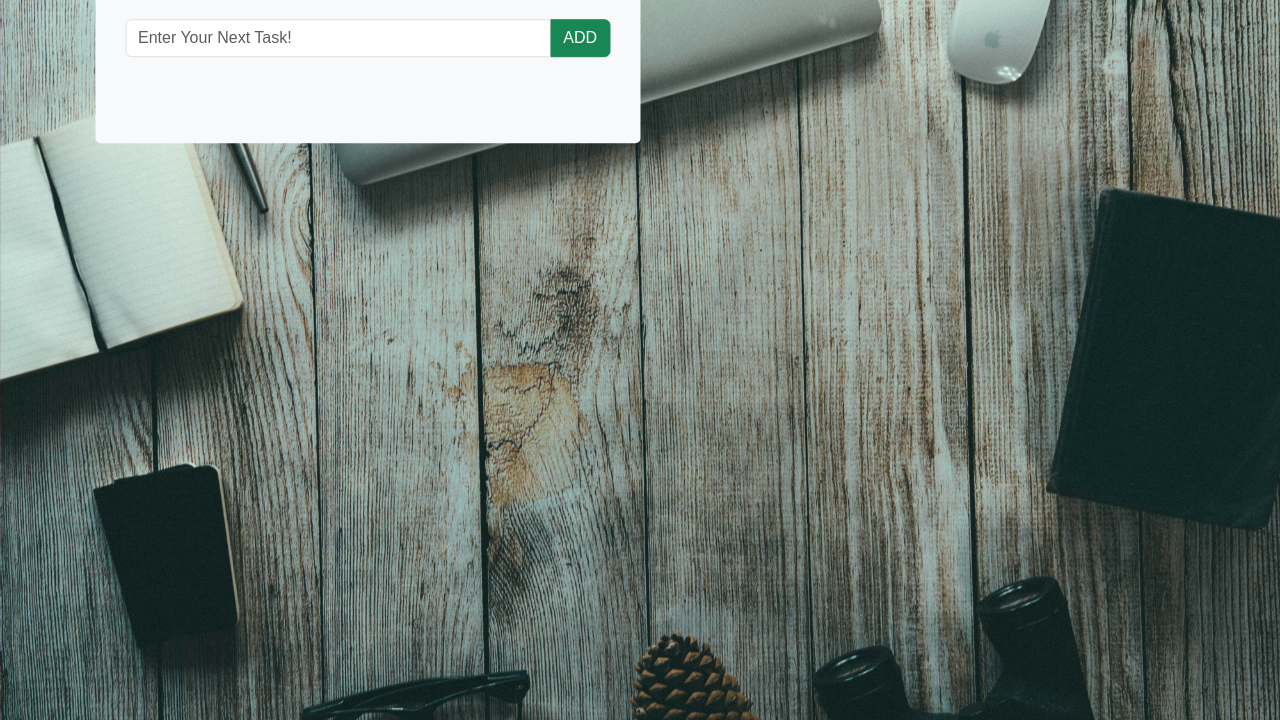
Repository: zeinawady/To_Do_List
Page: index.html
An editor plug-in stored every save of this project. The page is shown before and after the next save, followed by the edit.
The browser window is 1280 px wide. The pictures show the whole page.
Some web libraries are served in a nearby version.

Above is the page before, as saved 2024-10-02 02:50:13.

After the next save:
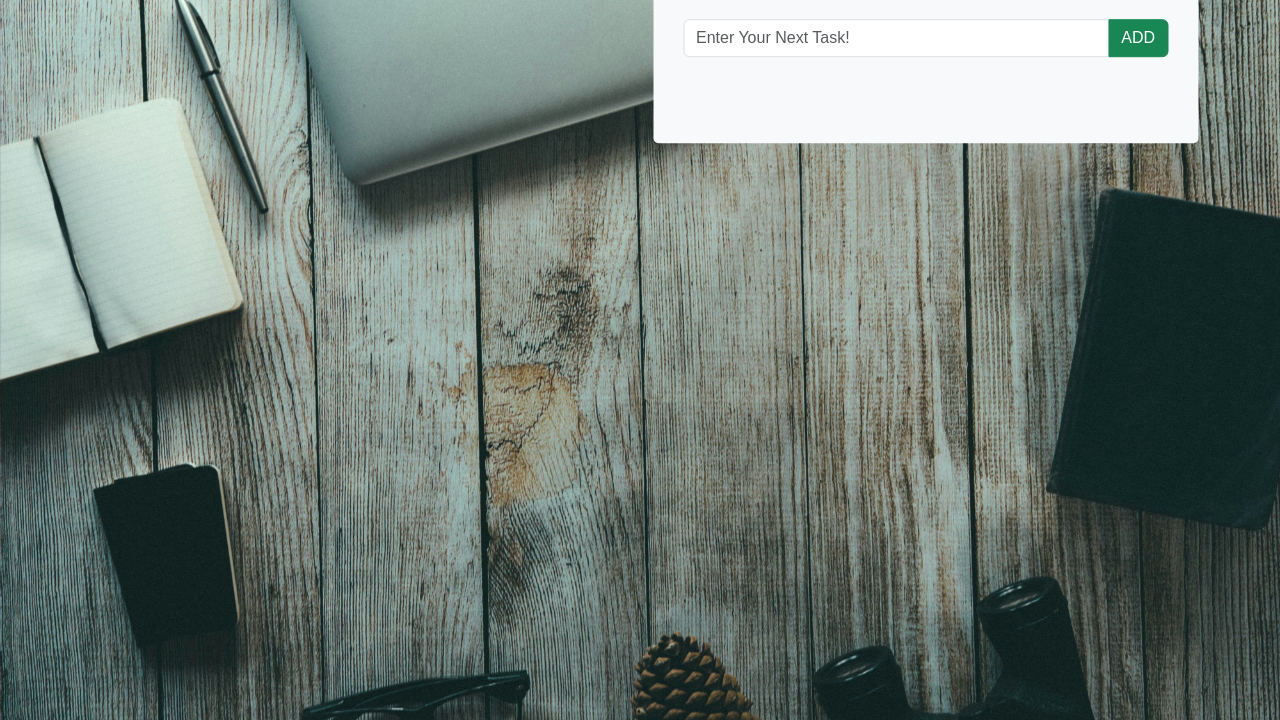
Saved 9 s later.
--- a/css/style.css
+++ b/css/style.css
@@ -28,6 +28,7 @@ li {
     transition: 0.5s;
     position: relative;
     top: 50%;
+    left: 50%;
     transform: translate(-50%,-50%);
 }
 
